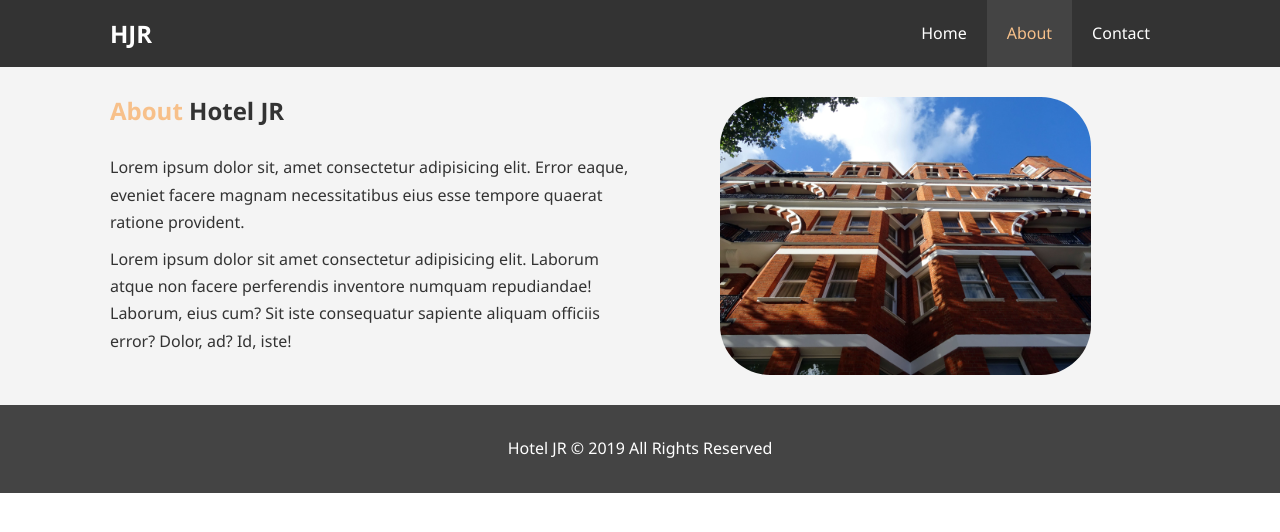
Repository: dimlutine/Hotel-Project
Page: about.html
The author's editor kept a copy of each file at every save. The page is drawn from the files as they stood at one save, then again after the next save.
The browser window is 1280 px wide. The pictures show the whole page.

Above is the page before, as saved 2019-07-05 22:51:11.

After the next save:
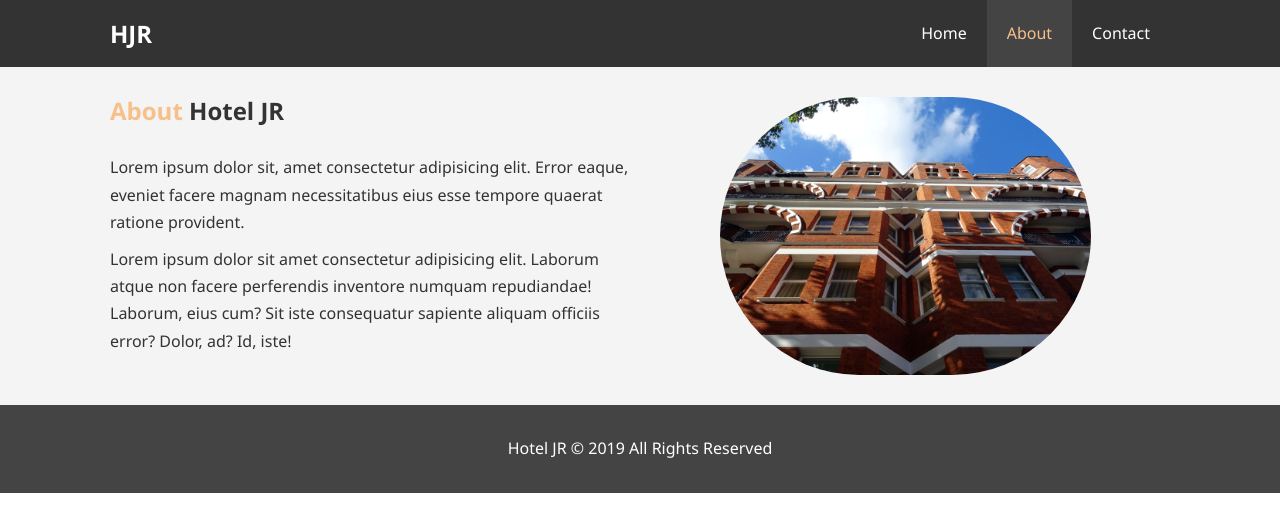
Saved 5 s later.
--- a/css/style.css
+++ b/css/style.css
@@ -211,7 +211,7 @@ p {
     width: 70%;
     display: block;
     margin: auto;
-    border-radius: 50px;
+    border-radius: 500px;
 }
 
 #about-info .info-left {
